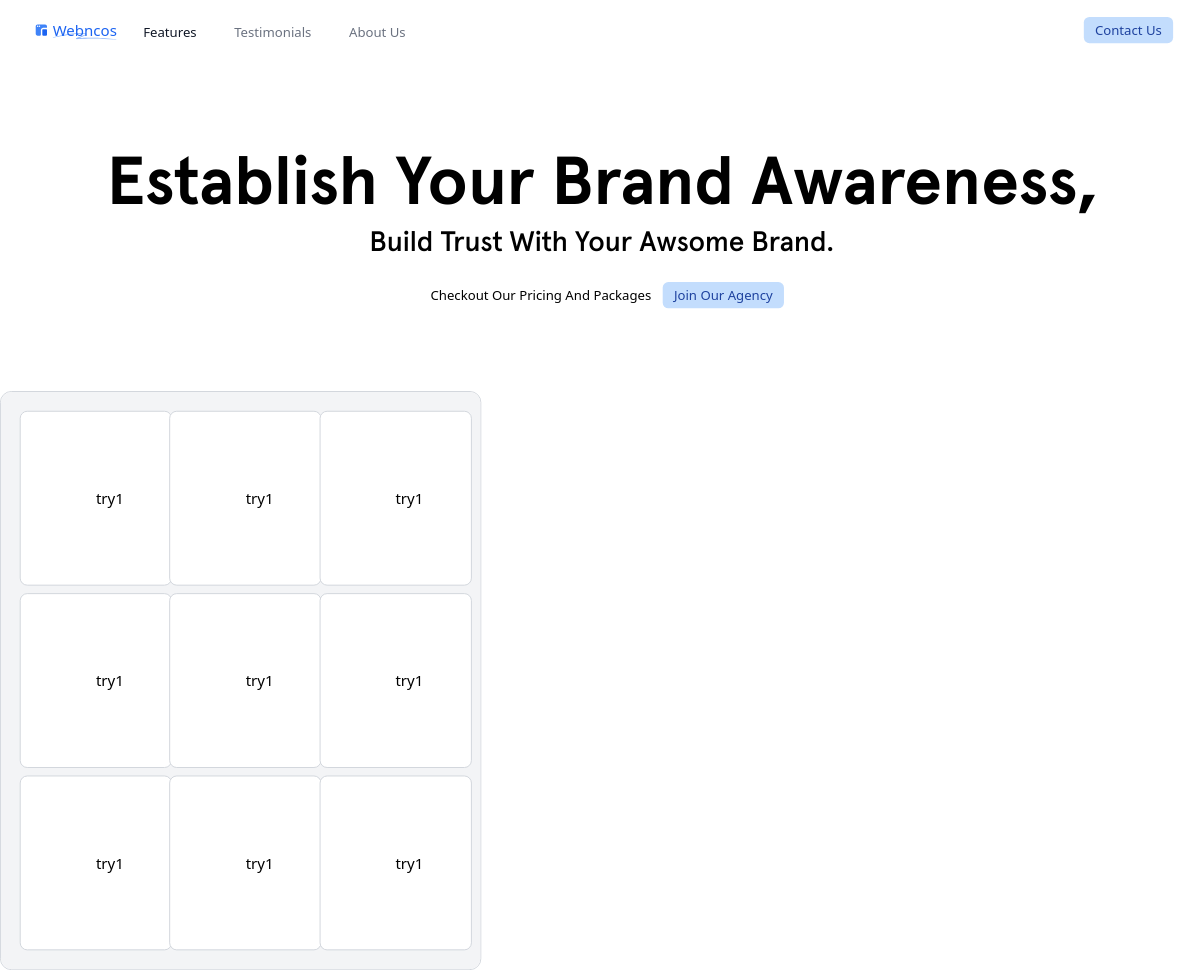
Repository: 1realjulius/webncos
Page: /
The author's editor kept a copy of each file at every save. The page is drawn from the files as they stood at one save, then again after the next save.
The browser window is 1280 px wide. The pictures show the whole page, at 94% of full size.
The project was rebuilt for these pictures with package versions that can differ from the ones it lists, and the page was loaded fresh each time. A package was used in the major version that the imports need, not the one package.json lists. The framework's server and built-in components were replaced by stand-ins that run in the browser. Also part of the build but not shown: next.config.js.

Above is the page before, as saved 2022-08-24 15:19:31.

### pages/index.tsx
import type { NextPage } from 'next'
import Head from 'next/head'
import MainHome from '../components/MainHome'
import NavigationBar from '../components/NavigationBar'

const Home: NextPage = () => {
  return (
    <div className="flex min-h-screen flex-col">
      <Head>
      <title>Webncos</title>
        <meta name="description" content="Website and Software Development Agency." />
        <meta property="og:type" content="website"/>
        <meta property="og:url" content="https://www.webncos.com/"/>
        <meta property="og:title" content="Webncos — Website and Software Development Agency."/>
        <meta property="og:description" content="Website and Software Development Agency."/>
        {/* <meta property="og:image" content="/Assets/newmemoji.svg"/> */}
        {/* <meta property="twitter:card" content="/Assets/Julius_Eghan.jpg"/> */}
        <meta property="twitter:url" content="https://www.webncos.com/"/>
        <meta property="twitter:title" content="Webncos — Website and Software Development Agency."/>
        <meta property="twitter:description" content="Website and Software Development Agency."/>
        {/* <meta property="twitter:image" content="/Assets/Julius_Eghan.jpg"/> */}
        <link rel="icon" href="/favicon.ico" />
        {/* <meta name="google-site-verification" content="0HesePHVymRqGiL70HUKPIq0Zsap0uUIb_Ci0DpImRY" /> */}
        <meta name="theme-color" content="#f7f2f2"   media="(prefers-color-scheme: light)"/>
        <meta name="theme-color" content="#090c10"   media="(prefers-color-scheme: dark)"/>
      </Head>
      <NavigationBar/>
      <MainHome/>

    </div>
  )
}

export default Home

### styles/globals.css
@tailwind base;
@tailwind components;
@tailwind utilities;

@layer base{
      @font-face{
        font-family: 'ApercuBold';
        src: url("/Fonts/ApercuPro-Bold.woff") format("woff"),url("/Fonts/ApercuPro-Bold.woff2") format("woff2");
      }
      @font-face{
        font-family: 'ApercuMedium';
        src: url("/Fonts/ApercuPro-Medium.woff") format("woff"),url("/Fonts/ApercuPro-Medium.woff2") format("woff2");
      }
    }

### components/MainHome.tsx
import Link from "next/link";
import React from "react";

const MainHome = () => {
  return (
    <div>
      {/* header */}
      <div>
        <div className=" flex flex-col items-center justify-center my-20">
          <div className="pt-4 pb-2">
            <h1 className="text-4xl md:text-7xl text-center font-ApercuBold">
              Establish Your Brand Awareness,
            </h1>
          </div>
          <div className="pb-4">
            <h2 className="text-xl md:text-3xl font-ApercuMedium">
              Build Trust With Your Awsome Brand.
            </h2>
          </div>
          <div className="flex flex-col md:flex-row items-center">
            <div className="px-3 py-1 my-2">
              <Link href="#">
                <h3 className="text-sm">Checkout Our Pricing And Packages</h3>
              </Link>
            </div>
            <div className="px-3 py-1 rounded-md bg-blue-200 my-2">
              <Link href="#">
                <h3 className="text-blue-800 text-sm">Join Our Agency</h3>
              </Link>
            </div>
          </div>
        </div>
      </div>
      {/* Fameworks Used */}
      <div className="flex flex-col max-w-lg">
        <div className="border border-gray-300 rounded-xl">
          <div className="grid grid-cols-3 gap-2 p-5  bg-gray-100 rounded-xl">
            <div className="p-20 border border-gray-300 rounded-lg bg-white">try1</div>
            <div className="p-20 border border-gray-300 rounded-lg bg-white">try1</div>
            <div className="p-20 border border-gray-300 rounded-lg bg-white">try1</div>
            <div className="p-20 border border-gray-300 rounded-lg bg-white">try1</div>
            <div className="p-20 border border-gray-300 rounded-lg bg-white">try1</div>
            <div className="p-20 border border-gray-300 rounded-lg bg-white">try1</div>
            <div className="p-20 border border-gray-300 rounded-lg bg-white">try1</div>
            <div className="p-20 border border-gray-300 rounded-lg bg-white">try1</div>
            <div className="p-20 border border-gray-300 rounded-lg bg-white">try1</div>
          </div>
        </div>
      </div>
      {/* Services We offer (Features) */}
      <div></div>
      {/* Testimonials */}
      <div></div>
      {/* FAQs */}
      <div></div>
      {/* Other Sections */}
      <div></div>
    </div>
  );
};

export default MainHome;

### components/NavigationBar.tsx
/* This example requires Tailwind CSS v2.0+ */
import { Fragment } from "react";
import { Disclosure, Menu, Transition } from "@headlessui/react";
import { BellIcon, MenuIcon, XIcon } from "@heroicons/react/outline";

function classNames(...classes: string[]) {
  return classes.filter(Boolean).join(" ");
}

export default function NavigationBar() {
  return (
    <Disclosure as="nav" className="bg-white">
      {({ open }) => (
        <>
          <div className="max-w-7xl mx-auto px-4 sm:px-6 lg:px-8">
            <div className="flex justify-between h-16">
              <div className="flex">
                <div className="flex-shrink-0 flex items-center">
                  {/* the logo */}
                  <h1 className="text-base leading-none flex flex-row items-center">
                    <span>
                      <svg className="h-6 w-6 " viewBox="0 0 24 24" fill="none">
                        <path
                          fillRule="evenodd"
                          clipRule="evenodd"
                          d="M8 6C6.89543 6 6 6.89543 6 8V16C6 17.1046 6.89543 18 8 18H10.5C11.0523 18 11.5 17.5523 11.5 17V12C11.5 10.6193 12.6193 9.5 14 9.5H18V8C18 6.89543 17.1046 6 16 6H8ZM7.25 8C7.25 7.58579 7.58579 7.25 8 7.25H8.01C8.42421 7.25 8.76 7.58579 8.76 8C8.76 8.41421 8.42421 8.75 8.01 8.75H8C7.58579 8.75 7.25 8.41421 7.25 8ZM10 7.25C9.58579 7.25 9.25 7.58579 9.25 8C9.25 8.41421 9.58579 8.75 10 8.75H10.01C10.4242 8.75 10.76 8.41421 10.76 8C10.76 7.58579 10.4242 7.25 10.01 7.25H10Z"
                          fill="#E879F9"
                          className="fill-blue-500 "
                        ></path>
                        <path
                          d="M13 12C13 11.4477 13.4477 11 14 11H17C17.5523 11 18 11.4477 18 12V17C18 17.5523 17.5523 18 17 18H14C13.4477 18 13 17.5523 13 17V12Z"
                          fill="#F0ABFC"
                          className="fill-blue-600 "
                        ></path>
                      </svg>
                    </span>
                    <span className="relative whitespace-nowrap text-blue-600 cursor-pointer">
                      <svg
                        aria-hidden="true"
                        viewBox="0 0 418 42"
                        className="absolute top-2/3 left-0 h-[0.48em] w-full fill-blue-500/60"
                        preserveAspectRatio="none"
                      >
                        <path d="M203.371.916c-26.013-2.078-76.686 1.963-124.73 9.946L67.3 12.749C35.421 18.062 18.2 21.766 6.004 25.934 1.244 27.561.828 27.778.874 28.61c.07 1.214.828 1.121 9.595-1.176 9.072-2.377 17.15-3.92 39.246-7.496C123.565 7.986 157.869 4.492 195.942 5.046c7.461.108 19.25 1.696 19.17 2.582-.107 1.183-7.874 4.31-25.75 10.366-21.992 7.45-35.43 12.534-36.701 13.884-2.173 2.308-.202 4.407 4.442 4.734 2.654.187 3.263.157 15.593-.78 35.401-2.686 57.944-3.488 88.365-3.143 46.327.526 75.721 2.23 130.788 7.584 19.787 1.924 20.814 1.98 24.557 1.332l.066-.011c1.201-.203 1.53-1.825.399-2.335-2.911-1.31-4.893-1.604-22.048-3.261-57.509-5.556-87.871-7.36-132.059-7.842-23.239-.254-33.617-.116-50.627.674-11.629.54-42.371 2.494-46.696 2.967-2.359.259 8.133-3.625 26.504-9.81 23.239-7.825 27.934-10.149 28.304-14.005.417-4.348-3.529-6-16.878-7.066Z"></path>
                      </svg>
                      <span className="relative leading-none">Webncos</span>
                    </span>
                  </h1>
                </div>
                <div className="hidden sm:ml-6 sm:flex sm:space-x-8">
                  <a
                    href="#"
                    className="text-gray-900 inline-flex items-center px-1 pt-1 text-sm "
                  >
                    Features
                  </a>
                  <a
                    href="#"
                    className=" text-gray-500 hover:text-gray-700 inline-flex items-center px-1 pt-1  text-sm"
                  >
                    Testimonials
                  </a>
                  <a
                    href="#"
                    className=" text-gray-500 hover:text-gray-700 inline-flex items-center px-1 pt-1  text-sm"
                  >
                    About Us
                  </a>
                </div>
              </div>
              <div className="hidden sm:ml-6 sm:flex sm:items-center">
              <div className="px-3 py-1 bg-blue-200 rounded-md">
                    <h2 className="text-blue-800 text-sm">Contact Us</h2>
                </div>
              </div>
              <div className="-mr-2 flex items-center sm:hidden">
                {/* Mobile menu button */}
                <Disclosure.Button className="inline-flex items-center justify-center p-2 rounded-full text-gray-400 hover:text-gray-500 hover:bg-gray-100 ">
                  <span className="sr-only">Open main menu</span>
                  {open ? (
                    <XIcon className="block h-6 w-6" aria-hidden="true" />
                  ) : (
                    <MenuIcon className="block h-6 w-6" aria-hidden="true" />
                  )}
                </Disclosure.Button>
              </div>
            </div>
          </div>

          <Disclosure.Panel className="sm:hidden border-2 rounded-lg px-4 mx-2">
            <div className="flex flex-col py-1 space-y-1">
                <a href="#">Features</a>
                <a href="#">Testimonials</a>
                <a href="#">About Us</a>
            </div>
            <div className="flex py-2">
                <div className="px-3 py-1 bg-blue-200 rounded-md">
                    <h2 className="text-blue-800 text-sm">Contact Us</h2>
                </div>
            </div>
          </Disclosure.Panel>
        </>
      )}
    </Disclosure>
  );
}

### tailwind.config.js
/** @type {import('tailwindcss').Config} */
module.exports = {
  content: [
    './pages/**/*.{js,ts,jsx,tsx}',
    './components/**/*.{js,ts,jsx,tsx}',
    "./node_modules/flowbite-react/**/*.js",
  ],
  theme: {
    extend: {
      fontFamily: {
        ApercuBold: 'ApercuBold, sans',
        ApercuMedium: 'ApercuMedium, sans',
      },
    },
  },
  plugins: [
    require("flowbite/plugin")
  ],
}

Loaded but not shown: pages/_app.tsx (common file); pages/api/hello.ts (common file)

After the next save:
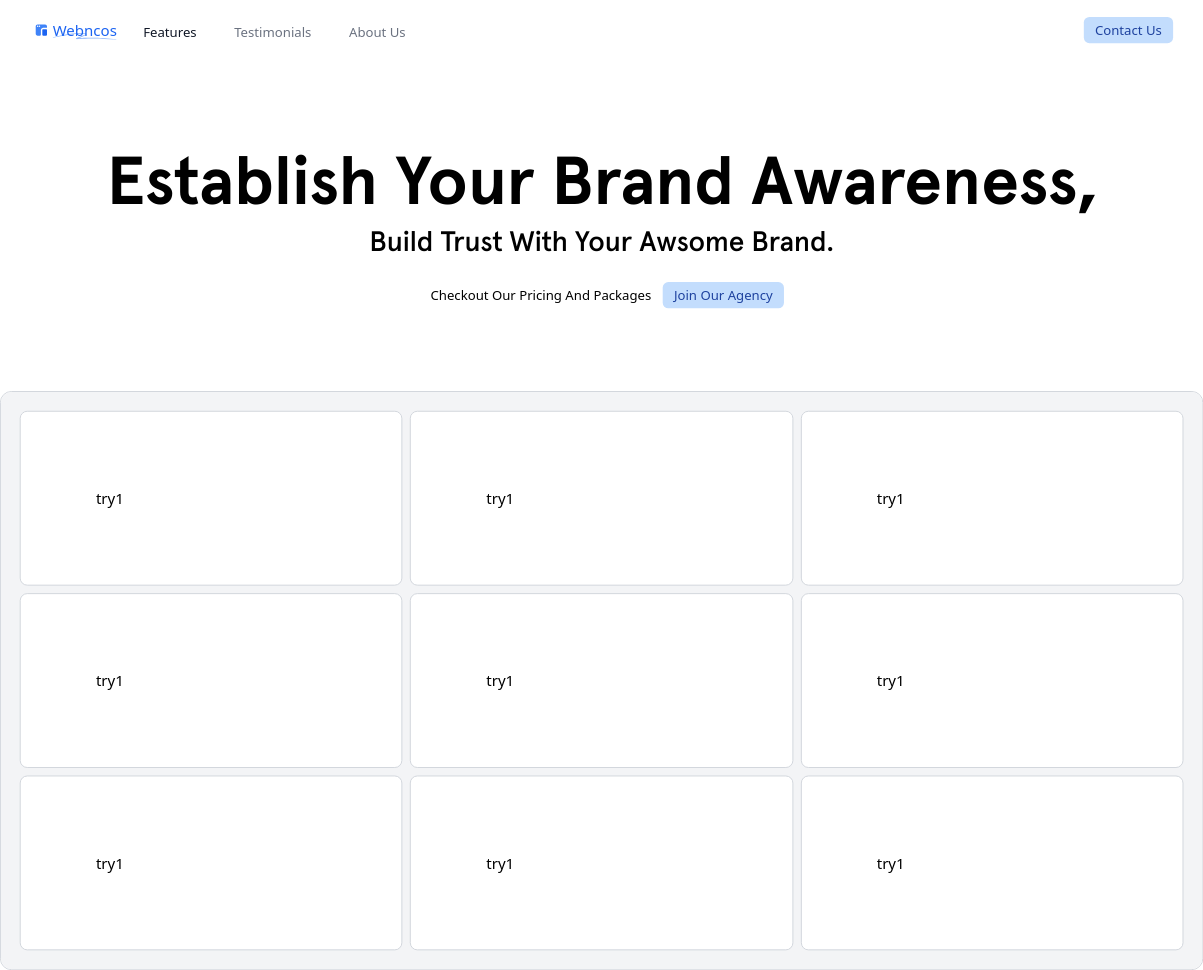
Saved 22 s later.
--- a/components/MainHome.tsx
+++ b/components/MainHome.tsx
@@ -32,7 +32,7 @@ const MainHome = () => {
         </div>
       </div>
       {/* Fameworks Used */}
-      <div className="flex flex-col max-w-lg">
+      <div className="flex flex-col">
         <div className="border border-gray-300 rounded-xl">
           <div className="grid grid-cols-3 gap-2 p-5  bg-gray-100 rounded-xl">
             <div className="p-20 border border-gray-300 rounded-lg bg-white">try1</div>
